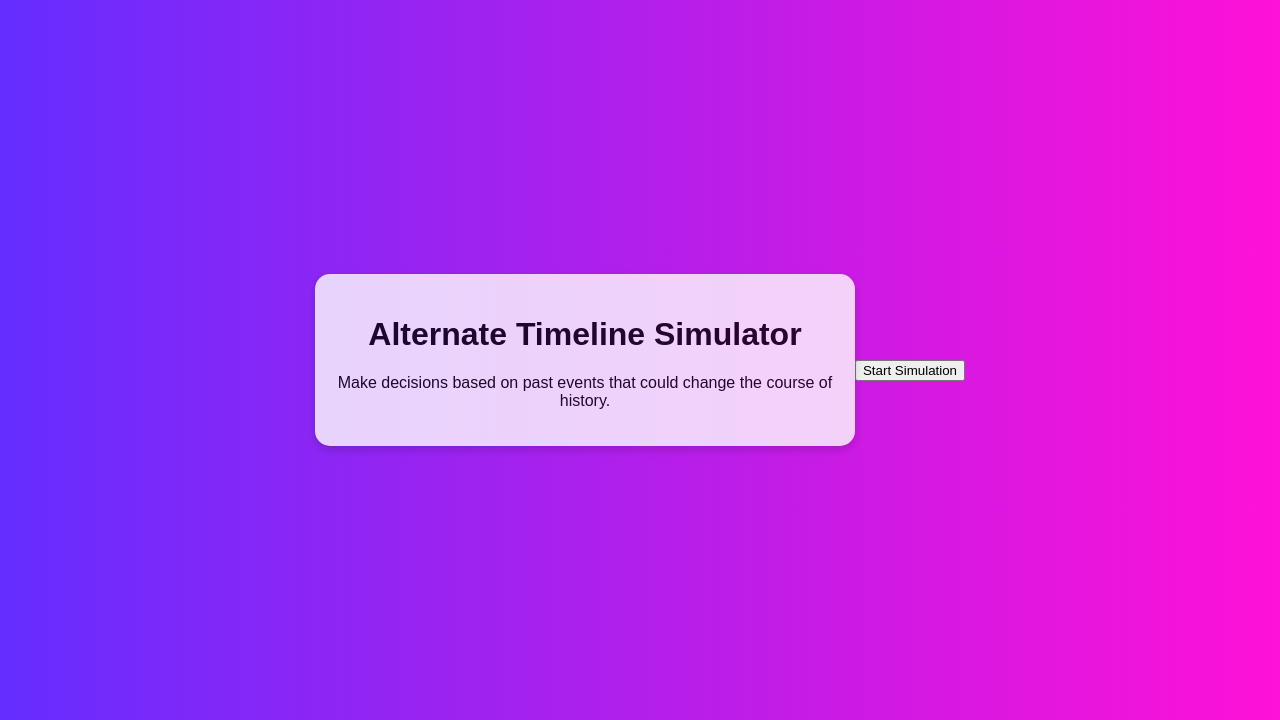
Repository: JovKun/DecisionCraft
Page: service/index.html
The author's editor kept a copy of each file at every save. The page is drawn from the files as they stood at one save, then again after a run of saves.
The browser window is 1280 px wide. The pictures show the whole page.

Above is the page before, as saved 2026-01-31 12:52:08.
Not found: service/script.js

### service/index.html
<!DOCTYPE html>
<html lang="en">
<head>
    <meta charset="UTF-8">
    <meta name="viewport" content="width=device-width, initial-scale=1.0">
    <title>Alternate Timeline</title>
    <link rel="stylesheet" href="style.css">
</head>
<body>
    <div id="timeline-container" class="container">
        <h1>Alternate Timeline Simulator</h1>
        <p>Make decisions based on past events that could change the course of history.</p>
    </div>
    <div id="play-button" class="button-container">
        <button onclick="startSimulation()">Start Simulation</button>
    </div>

    <script src="script.js"></script>
</body>
</html>

### service/style.css
/* style.css */
html {
    background: linear-gradient(to right, rgb(101, 45, 255), rgb(255, 17, 215));
    height: 100%;
    margin: 0;
    font-family: Arial, sans-serif;
}

body {
    display: flex;
    justify-content: center;
    align-items: center;
    height: 100vh;
    margin: 0;
}

.container {
    background-color: white;
    border-radius: 15px;
    box-shadow: 0 4px 8px rgba(0, 0, 0, 0.2);
    padding: 20px;
    text-align: center;
    width: 500px;
    opacity: 0.8;
}

.button-container {
    display: inline-flex;
    margin-top: 20px;
}

After the next 3 saves:
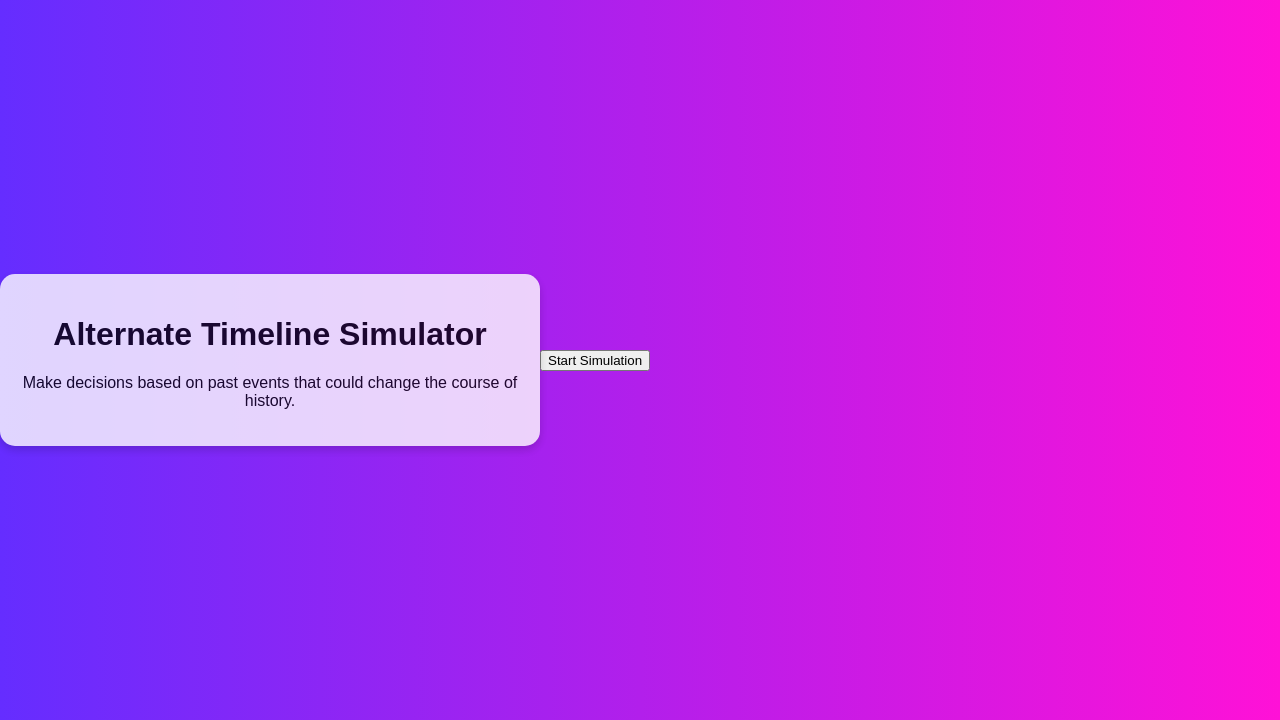
The 3 saves are shown as one change because they came seconds apart.
The last was saved 13 s later.
--- a/service/style.css
+++ b/service/style.css
@@ -7,7 +7,7 @@
 }
 
 body {
-    display: flex;
+    display: inline-flex;
     justify-content: center;
     align-items: center;
     height: 100vh;
@@ -23,8 +23,3 @@
     width: 500px;
     opacity: 0.8;
 }
-
-.button-container {
-    display: inline-flex;
-    margin-top: 20px;
-}

After the save that followed:
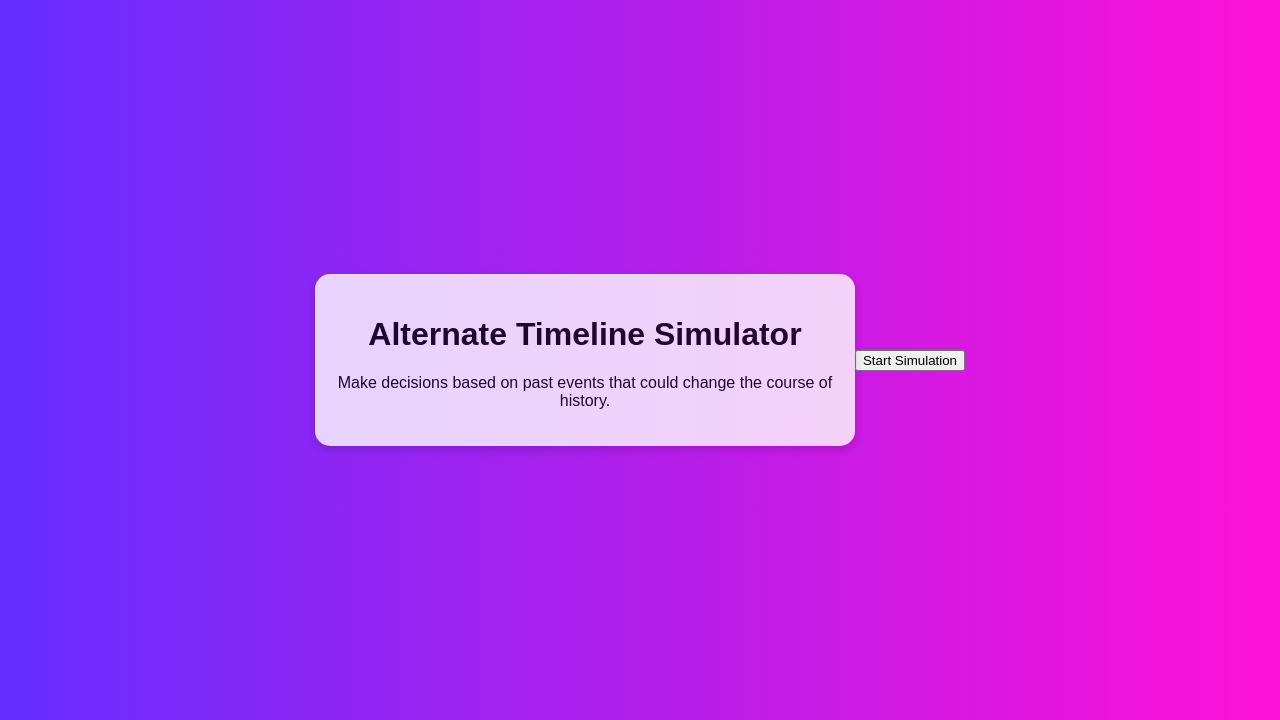
Saved 94 s later.
--- a/service/style.css
+++ b/service/style.css
@@ -7,7 +7,7 @@
 }
 
 body {
-    display: inline-flex;
+    display: flex;
     justify-content: center;
     align-items: center;
     height: 100vh;
